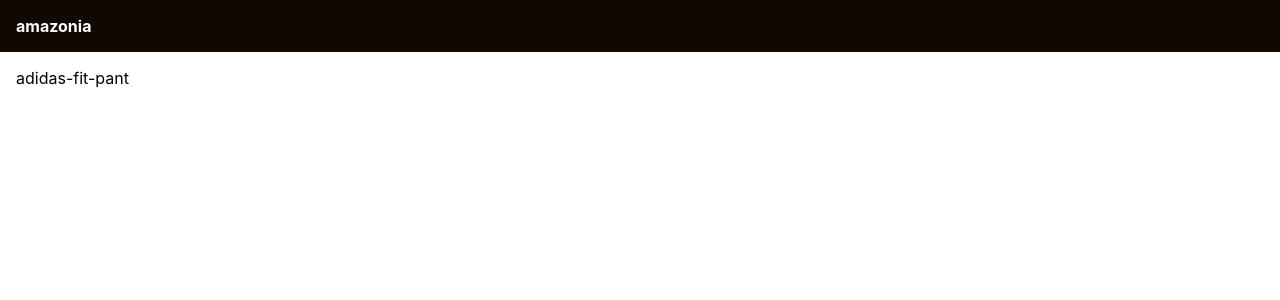
Repository: ninambash/E-comm-site
Page: /product/adidas-fit-pant
An editor plug-in stored every save of this project. The page is shown before and after a run of saves, followed by the edit.
The browser window is 1280 px wide. The pictures show the whole page.
The project was rebuilt for these pictures with package versions that can differ from the ones it lists, and the page was loaded fresh each time. Also part of the build but not shown: src/data.js, src/screens/HomeScreen.jsx.

Above is the page before, as saved 2023-01-20 21:15:03.

### src/index.css
body {
  margin: 0;
  font-family: -apple-system, BlinkMacSystemFont, 'Segoe UI', 'Roboto', 'Oxygen',
    'Ubuntu', 'Cantarell', 'Fira Sans', 'Droid Sans', 'Helvetica Neue',
    sans-serif;
  -webkit-font-smoothing: antialiased;
  -moz-osx-font-smoothing: grayscale;
}
.site-container {
  min-height: 100vh;
}
main {
  flex: 1;
  padding: 1rem;

}
header a {
  color: #ffffff;
  text-decoration: none;
  font-weight: bold;


}
header a:hover {
  color: #f0c040;
  text-decoration: none;
  font-weight: bold;
}
header {
  background-color: #100901;
  color: #f0c040;
  padding: 1rem;
  display: flex;
  justify-content: space-between;
  align-items: center;
}
.btn-primary,
.btn-outline-primary {
  background-color: #f0c040;
  color: #000000;
}
.products {
  display: flex;
  flex-wrap: wrap;
  justify-content: center;
}

.rating span {
  color: #ffc000;
}

.product {
  border: 1px #404040 solid;
  margin: 1rem;
}
.product img {
  width: 100%;
  max-width: 400px;
}
.product-info {
  padding: 1rem;
}
.img-large {
  max-width: 100%;
}
.img-thumbnail {
  height: 80px;
}
.small-container {
  max-width: 600px;
}

.checkout-steps > div {
  border-bottom: 0.2rem solid #a0a0a0;
  color: #a0a0a0;
}
.checkout-steps > div.active {
  border-bottom: 0.2rem solid #f08000;
  color: #f08000;
}

/* sidebar */
.navbar-brand {
  font-weight: bold;
}
.side-navbar {
  width: 240px;
  height: 100%;
  position: absolute;
  left: -300px;
  background-color: #100901;
  transition: 0.5s;
}

.site-container {
  transition: 0.4s;
}
.active-cont {
  margin-left: 240px;
}
.active-nav {
  left: 0;
}
.text-bold {
  font-weight: bold;
}

/* Map */

.full-box {
  height: 100vh;
  max-width: initial;
}
.full-box header,
.full-box footer {
  display: none;
}
.full-box .container {
  height: 100vh;
  max-width: initial;
  margin: 0;
  padding: 0;
}

.full-box .mt-3 {
  margin-top: 0 !important;
}

.map-input-box {
  box-sizing: border-box;
  position: absolute;
  left: 0;
  right: 0;
  margin: 0.5rem auto;
  width: 25rem;
  height: 3rem;
  display: flex;
}
.map-input-box input {
  border-radius: 1rem 0 0 1rem;
  border-right: 0;
}
.map-input-box button {
  border-radius: 0 1rem 1rem 0;
  border-left: 0;
}
button.thumbnail {
  padding: 0;
}

### src/App.js

import { BrowserRouter,  Routes, Route, Link } from 'react-router-dom';
import HomeScreen from './screens/HomeScreen';
import ProductScreen from './screens/ProductScreen';



function App() {
  return (
    <BrowserRouter>
    <div>

      <header className='header'>
      <a href="/"> amazonia </a>

      </header>

      <main>
        <Routes>

          <Route path ="/product/:slug" element={<ProductScreen />}></Route>
         <Route path ="/" element={<HomeScreen />}></Route>



        </Routes>
      </main>
      </div>

    </BrowserRouter>


  );
}

export default App;

### src/screens/ProductScreen.jsx
import React from 'react'
import { useParams } from 'react-router-dom'

const ProductScreen = () => {
    const params = useParams()
    const {slug} = params
    console.log(slug)


  return (
    <div>


        {slug}

        </div>
  )
}

export default ProductScreen

Loaded but not shown: public/index.html (common file); src/index.js (common file); src/reportWebVitals.js (common file)

After the next 5 saves:
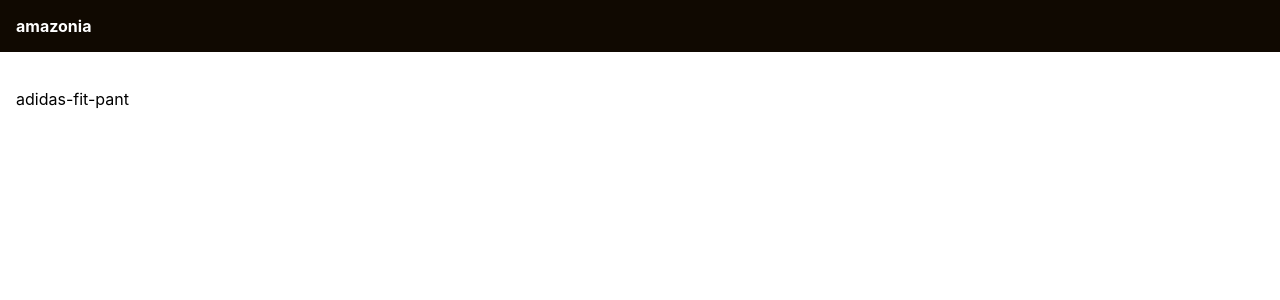
The 5 saves are shown as one change because 1 did not build or start and some came seconds apart.
The last was saved 21 s later.
--- a/src/screens/ProductScreen.jsx
+++ b/src/screens/ProductScreen.jsx
@@ -9,6 +9,7 @@
 
   return (
     <div>
+       <h1>{}</h1>
 
 
         {slug}
